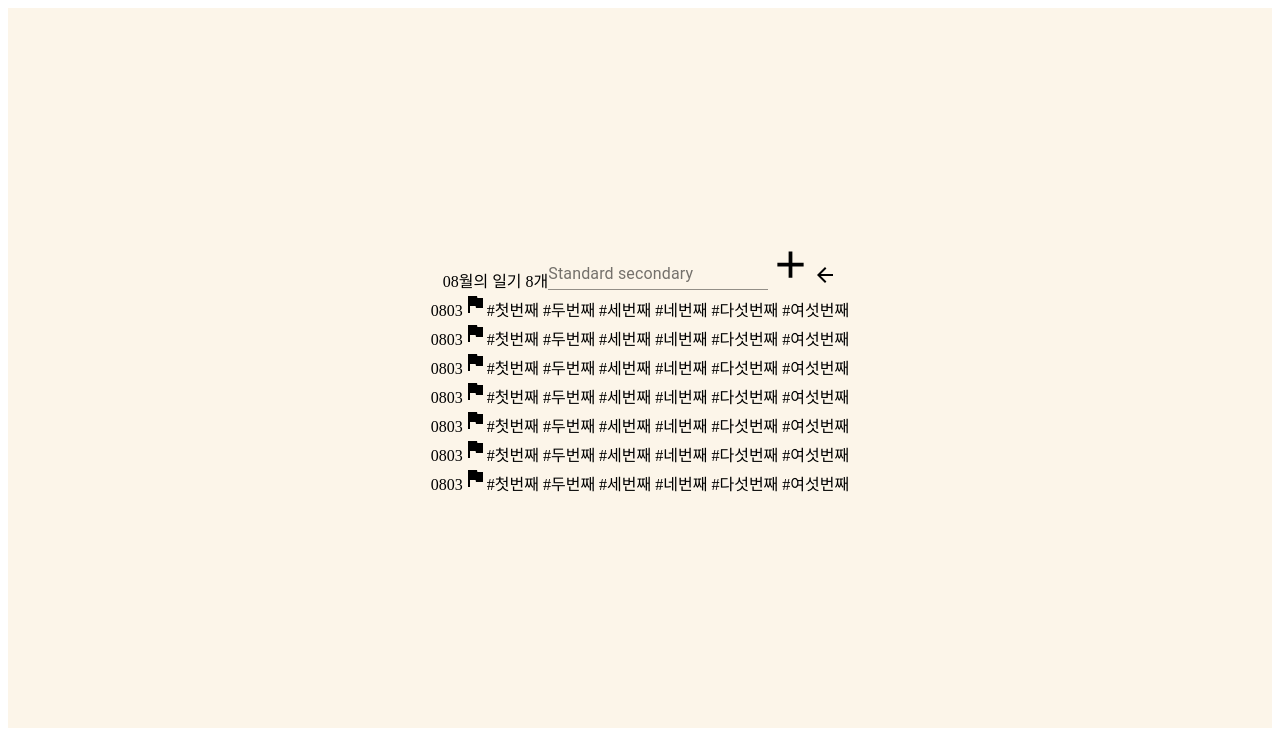
Repository: IMHANA/diary
Page: /list
The author's editor kept a copy of each file at every save. The page is drawn from the files as they stood at one save, then again after the next save.
The browser window is 1280 px wide. The pictures show the whole page.
The project was rebuilt for these pictures with package versions that can differ from the ones it lists, and the page was loaded fresh each time. Also part of the build but not shown: src/App.css, src/pages/Main/main.js, src/pages/Month/month.js.

Above is the page before, as saved 2021-08-05 14:45:14.

After the next save:
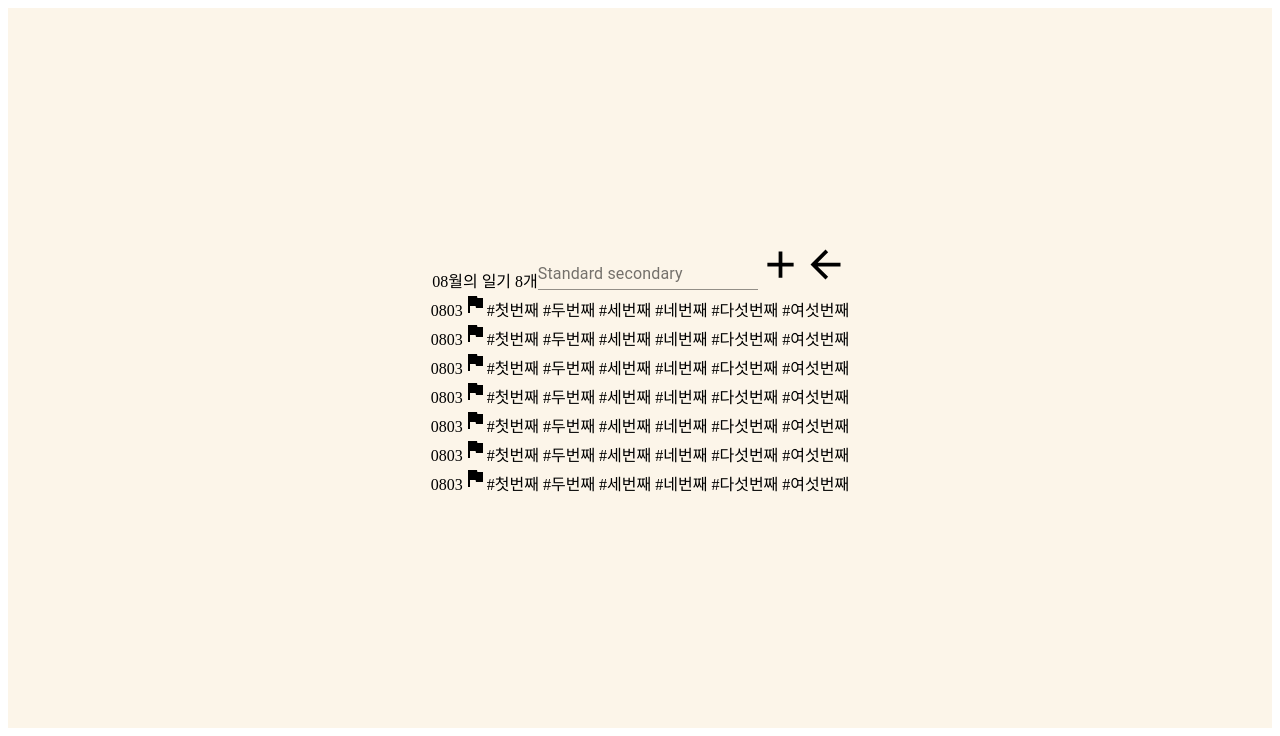
Saved 14 s later.
--- a/src/pages/DayList/dayList.js
+++ b/src/pages/DayList/dayList.js
@@ -10,7 +10,7 @@ export default class dayList extends Component {
                     <span>08</span><span>월의 일기 8개</span>
                     <TextField id="standard-secondary" label="Standard secondary" color="secondary" />
                     <Add style={{fontSize: '45px'}}/>
-                    <ArrowBack />
+                    <ArrowBack style={{fontSize: '45px'}} />
                 </div>
                 <div>
                     <div>
